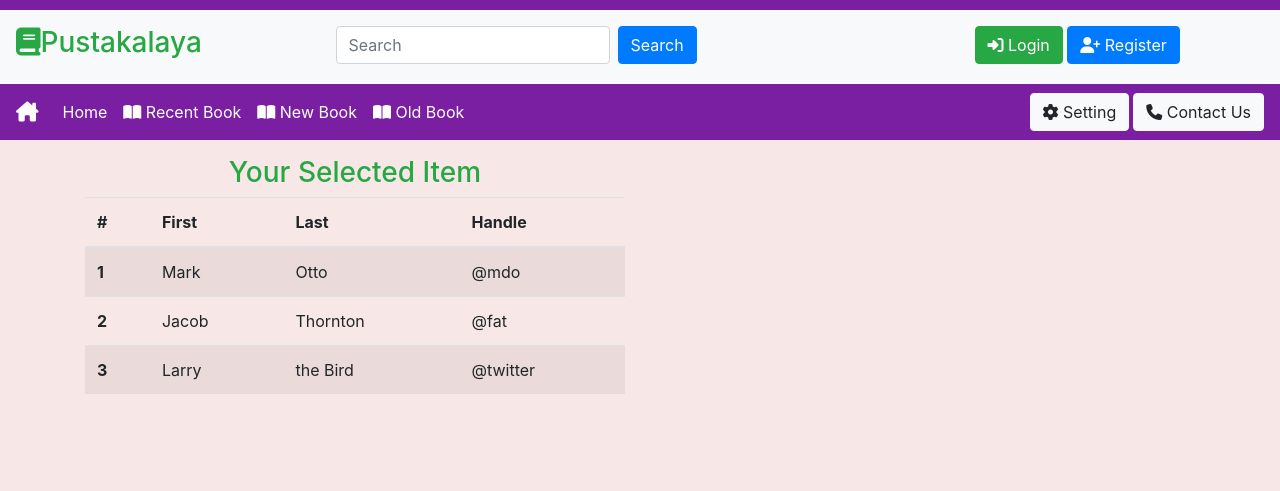
Repository: kalaprabhakar/Pustakalay_Web_Application
Page: http://localhost/E_Book_Management/cart.jsp
The author's editor kept a copy of each file at every save. The page is drawn from the files as they stood at one save, then again after the next save.
The browser window is 1280 px wide. The pictures show the whole page.
Some web libraries are served in a nearby version. The page is served by Tomcat 10. Other server files are loaded and not shown.

Above is the page before, as saved 2024-02-23 02:26:21.

### E_Book_Management/src/main/webapp/cart.jsp
<%@ page language="java" contentType="text/html; charset=ISO-8859-1"
	pageEncoding="ISO-8859-1"%>
<!DOCTYPE html>
<html>
<head>
<meta charset="ISO-8859-1">
<title>Cart Page</title>
<%@ include file="all_component/allcss.jsp"%>
</head>
<body style="background-color: #f7e7e6">
	<%@ include file="all_component/navbar.jsp"%>
	<div class="container mt-3">
		<div class="row">
			<div class="col-md-6">
				<h3 class="text-center text-success">Your Selected Item</h3>

				<table class="table table-striped">
  <thead>
    <tr>
      <th scope="col">#</th>
      <th scope="col">First</th>
      <th scope="col">Last</th>
      <th scope="col">Handle</th>
    </tr>
  </thead>
  <tbody>
    <tr>
      <th scope="row">1</th>
      <td>Mark</td>
      <td>Otto</td>
      <td>@mdo</td>
    </tr>
    <tr>
      <th scope="row">2</th>
      <td>Jacob</td>
      <td>Thornton</td>
      <td>@fat</td>
    </tr>
    <tr>
      <th scope="row">3</th>
      <td>Larry</td>
      <td>the Bird</td>
      <td>@twitter</td>
    </tr>
  </tbody>
</table>
			</div>

		</div>

	</div>
</body>
</html>

### E_Book_Management/src/main/webapp/all_component/allcss.jsp
<link rel="stylesheet"
	href="https://cdn.jsdelivr.net/npm/bootstrap@4.0.0/dist/css/bootstrap.min.css"
	integrity="sha384-Gn5384xqQ1aoWXA+058RXPxPg6fy4IWvTNh0E263XmFcJlSAwiGgFAW/dAiS6JXm"
	crossorigin="anonymous">

<script src="https://code.jquery.com/jquery-3.2.1.slim.min.js"
	integrity="sha384-KJ3o2DKtIkvYIK3UENzmM7KCkRr/rE9/Qpg6aAZGJwFDMVNA/GpGFF93hXpG5KkN"
	crossorigin="anonymous"></script>
<script
	src="https://cdn.jsdelivr.net/npm/popper.js@1.12.9/dist/umd/popper.min.js"
	integrity="sha384-ApNbgh9B+Y1QKtv3Rn7W3mgPxhU9K/ScQsAP7hUibX39j7fakFPskvXusvfa0b4Q"
	crossorigin="anonymous"></script>
<script
	src="https://cdn.jsdelivr.net/npm/bootstrap@4.0.0/dist/js/bootstrap.min.js"
	integrity="sha384-JZR6Spejh4U02d8jOt6vLEHfe/JQGiRRSQQxSfFWpi1MquVdAyjUar5+76PVCmYl"
	crossorigin="anonymous"></script>
<link rel="stylesheet"
	href="https://cdnjs.cloudflare.com/ajax/libs/font-awesome/6.5.1/css/all.min.css"
	integrity="sha512-DTOQO9RWCH3ppGqcWaEA1BIZOC6xxalwEsw9c2QQeAIftl+Vegovlnee1c9QX4TctnWMn13TZye+giMm8e2LwA=="
	crossorigin="anonymous" referrerpolicy="no-referrer" />

	<link  rel="stylesheet" href="all_component/style.css"/>

### E_Book_Management/src/main/webapp/all_component/navbar.jsp
<%@ taglib prefix="c" uri="http://java.sun.com/jsp/jstl/core"%>
<%@ page isELIgnored="false" %>

<div class="container-fluid" style="height : 10px ; background-color:  #7B1FA2 "></div>

<div class="container-fluid p-3 bg-light">
 <div class="row">
     <div class="col-md-3 text-success">
        <h3 > <i class="fa-solid fa-book"></i>Pustakalaya</h3>
     </div>
    <div class="col-md-6">
       <form class="form-inline my-2 my-lg-0">
      <input class="form-control mr-sm-2" type="search" placeholder="Search" aria-label="Search">
      <button class="btn btn-primary my-2 my-sm-0" type="submit">Search</button>
    </form>

    </div>
    <c:if test="${not empty userobj }">
    <div class="col-md-3">

    <a href="cart.jsp" class="btn btn-ligh"><i class="fa-solid fa-cart-shopping  "></i></a>

      <a href="" class="btn btn-success"><i class="fa-solid fa-user-plus"></i>${userobj.name }</a>
      <a href="" class="btn btn-primary"><i class="fa-solid fa-right-to-bracket"></i> Logout</a>

    </div>

    </c:if>

    <c:if test="${ empty userobj }">
    <div class="col-md-3">
      <a href="login.jsp" class="btn btn-success"><i class="fa-solid fa-right-to-bracket"></i> Login</a>
      <a href="register.jsp" class="btn btn-primary"><i class="fa-solid fa-user-plus"></i> Register</a>

    </div>

    </c:if>

 </div>


</div>

<nav class="navbar navbar-expand-lg navbar-dark bg-custom">
  <a class="navbar-brand" href="#"><i class="fa-solid fa-house-chimney"></i></a>
  <button class="navbar-toggler" type="button" data-toggle="collapse" data-target="#navbarSupportedContent" aria-controls="navbarSupportedContent" aria-expanded="false" aria-label="Toggle navigation">
    <span class="navbar-toggler-icon"></span>
  </button>

  <div class="collapse navbar-collapse" id="navbarSupportedContent">
    <ul class="navbar-nav mr-auto">
      <li class="nav-item active">
        <a class="nav-link" href="index.jsp">Home <span class="sr-only">(current)</span></a>
      </li>
      <li class="nav-item active">
        <a class="nav-link" href="all_recent_book.jsp"> <i class="fa-solid fa-book-open"></i> Recent Book</a>
      </li>
      <li class="nav-item active">
        <a class="nav-link" href="all_new_book.jsp"> <i class="fa-solid fa-book-open"></i> New Book</a>
      </li>

      </li>
      <li class="nav-item active">
        <a class="nav-link disabled" href="all_old_book.jsp"> <i class="fa-solid fa-book-open"></i> Old Book</a>
      </li>
    </ul>
    <form class="form-inline my-2 my-lg-0">
      <button class="btn btn-light my-2 my-sm-0" type="submit"><i class="fa-solid fa-gear"></i> Setting</button>
      <button class="btn btn-light my-2 my-sm-0 ml-1" type="submit"><i class="fa-solid fa-phone"></i> Contact Us</button>
    </form>
  </div>
</nav>

### E_Book_Management/src/main/webapp/all_component/style.css
.bg-custom {
	background-color : #7B1FA2 ;
}

.navbar .nav-item:hover .nav-link{

	background-color: white;
	color : black;
	border-radius : 20px ;
}

After the next save:
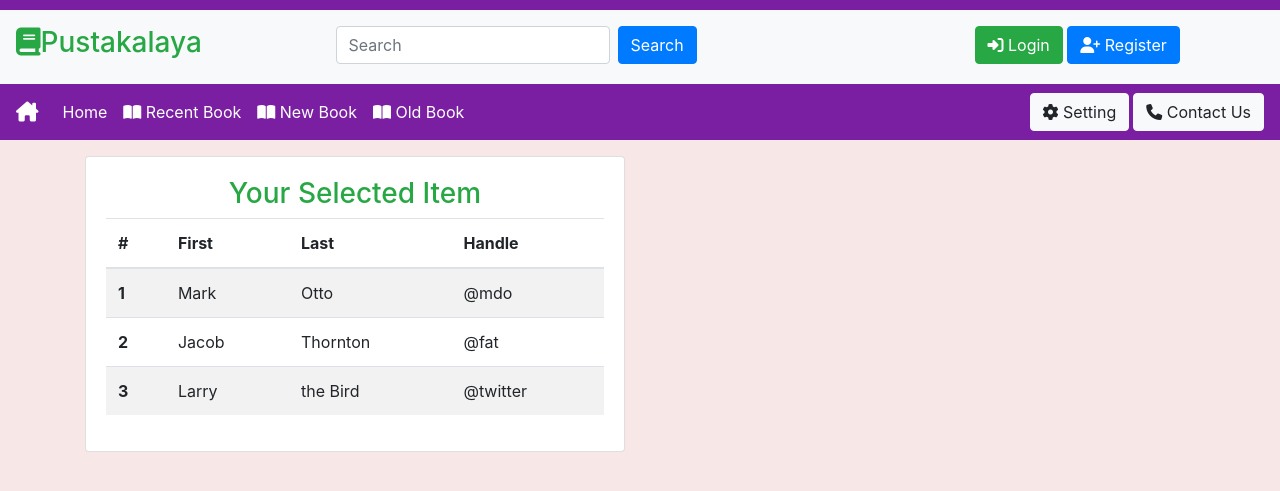
Saved 2 min 37 s later.
--- a/E_Book_Management/src/main/webapp/cart.jsp
+++ b/E_Book_Management/src/main/webapp/cart.jsp
@@ -12,7 +12,10 @@
 	<div class="container mt-3">
 		<div class="row">
 			<div class="col-md-6">
-				<h3 class="text-center text-success">Your Selected Item</h3>
+
+			<div class="card">
+			<div class="card-body">
+			<h3 class="text-center text-success">Your Selected Item</h3>
 
 				<table class="table table-striped">
   <thead>
@@ -45,6 +48,9 @@
   </tbody>
 </table>
 			</div>
+			 </div>
+
+			</div>
 
 		</div>
 
